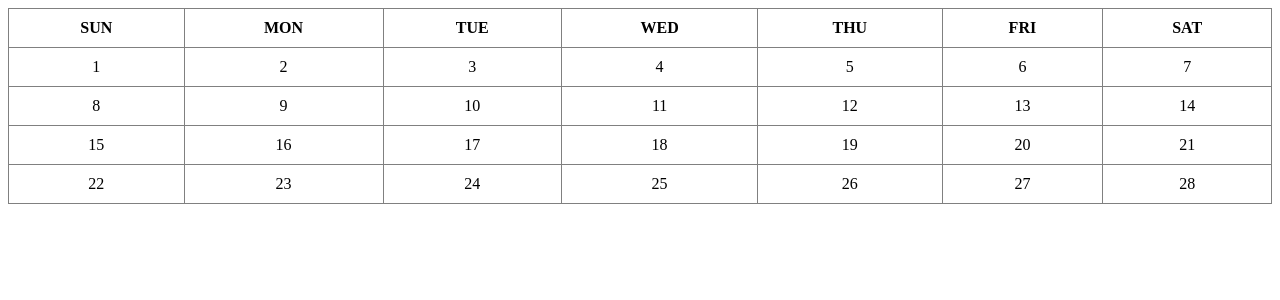
Repository: junyong231/SSIT_html
Page: webPro/src/main/webapp/html/days03/ex08_06.html
The author's editor kept a copy of each file at every save. The page is drawn from the files as they stood at one save, then again after the next save.
The browser window is 1280 px wide. The pictures show the whole page.

Above is the page before, as saved 2024-09-11 08:16:12.

After the next save:
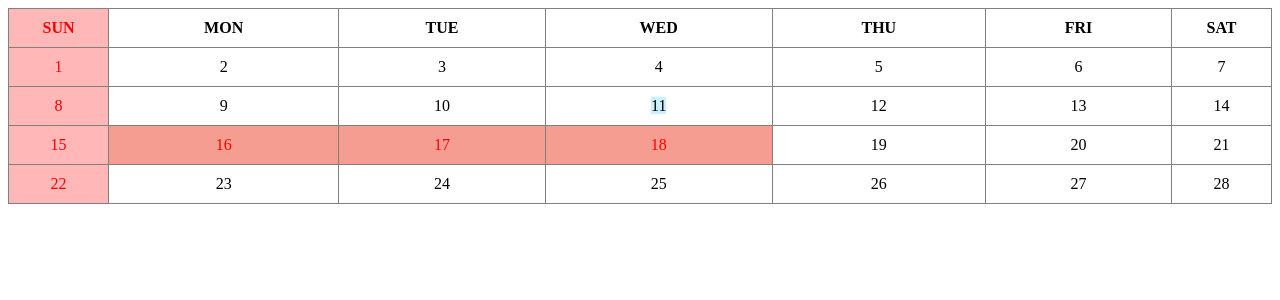
Saved 9 s later.
--- a/webPro/src/main/webapp/html/days03/ex08_06.html
+++ b/webPro/src/main/webapp/html/days03/ex08_06.html
@@ -3,83 +3,102 @@
 <head>
 <meta charset="UTF-8">
 <title>Insert title here</title>
-<link rel="shortcut icon" type="image/x-icon" href="http://localhost/webPro/images/SiSt.ico">
-<script src="https://ajax.googleapis.com/ajax/libs/jquery/3.7.1/jquery.min.js"></script>
+<link rel="shortcut icon" type="image/x-icon"
+	href="http://localhost/webPro/images/SiSt.ico">
+<script
+	src="https://ajax.googleapis.com/ajax/libs/jquery/3.7.1/jquery.min.js"></script>
 <style>
-    table{
-        width: 100%;
-    }
-    table,th,td {
-        border: solid 1px gray;
-        border-collapse: collapse;
-        padding: 10px;
-    }
-    td{
-        text-align: center;
-    }
+table, th, td {
+	border: solid 1px gray;
+	border-collapse: collapse;
+	padding: 10px;
+}
+
+td {
+	text-align: center;
+}
+
+.sun{
+    color: red;
+}
+
+.holi{
+    color: red;
+    background-color: rgba(238, 79, 58, 0.555);
+
+}
+.today {
+    background-color: rgba(80, 203, 252, 0.301);
+}
 </style>
 </head>
 <body>
-<!--
+	<!--
     col == column
     col, colgroup 태그
         ㄴ 특정 열에 스타일을 지정하기 위한 태그.
         ㄴ width, visibility, background, border 속성만 제한적으로 설정할 수 있다.
-
+        (color 안됨 - 글자색만 변경 불가)
     속성으로 보였다 안보였다 (제이쿼리로 hide, show했던거)
     display = "none"
     display = "inline"
 
 -->
 
-<table>
-    <tr>
-        <th>SUN</th>
-        <th>MON</th>
-        <th>TUE</th>
-        <th>WED</th>
-        <th>THU</th>
-        <th>FRI</th>
-        <th>SAT</th>
-       </tr>
-       <tr>
-        <td>1</td>
-        <td>2</td>
-        <td>3</td>
-        <td>4</td>
-        <td>5</td>
-        <td>6</td>
-        <td>7</td>
-      </tr>
-      <tr>
-        <td>8</td>
-        <td>9</td>
-        <td>10</td>
-        <td>11</td>
-        <td>12</td>
-        <td>13</td>
-        <td>14</td>
-      </tr>
-      <tr>
-        <td>15</td>
-        <td>16</td>
-        <td>17</td>
-        <td>18</td>
-        <td>19</td>
-        <td>20</td>
-        <td>21</td>
-      </tr>
-      <tr>
-        <td>22</td>
-        <td>23</td>
-        <td>24</td>
-        <td>25</td>
-        <td>26</td>
-        <td>27</td>
-        <td>28</td>
-      </tr>
+	<table style="width: 100%;">
+        <colgroup>
+        <col style="width:100px; background-color: rgba(255, 0, 0, 0.281);">
+        <col span="5">
+        <col style="width: 100px;">
+        <!-- 첫 col은 (SUN) , span으로 합친건 평일들. -->
+        </colgroup>
+		<tr>
+			<th class="sun">SUN</th>
+			<th>MON</th>
+			<th>TUE</th>
+			<th>WED</th>
+			<th>THU</th>
+			<th>FRI</th>
+			<th>SAT</th>
+		</tr>
+		<tr>
+			<td class="sun">1</td>
+			<td>2</td>
+			<td>3</td>
+			<td>4</td>
+			<td>5</td>
+			<td>6</td>
+			<td>7</td>
+		</tr>
+		<tr>
+			<td class="sun">8</td>
+			<td>9</td>
+			<td>10</td>
+			<td ><span class="today" title="오늘">11</span></td>
+			<td>12</td>
+			<td>13</td>
+			<td>14</td>
+		</tr>
+		<tr>
+			<td class="sun">15</td>
+			<td class="holi" >16</td>
+			<td class="holi">17</td>
+			<td class="holi">18</td>
+			<td>19</td>
+			<td>20</td>
+			<td>21</td>
+		</tr>
+		<tr>
+			<td class="sun">22</td>
+			<td>23</td>
+			<td>24</td>
+			<td>25</td>
+			<td>26</td>
+			<td>27</td>
+			<td>28</td>
+		</tr>
 
-</table>
+	</table>
 
 </body>
 </html>
